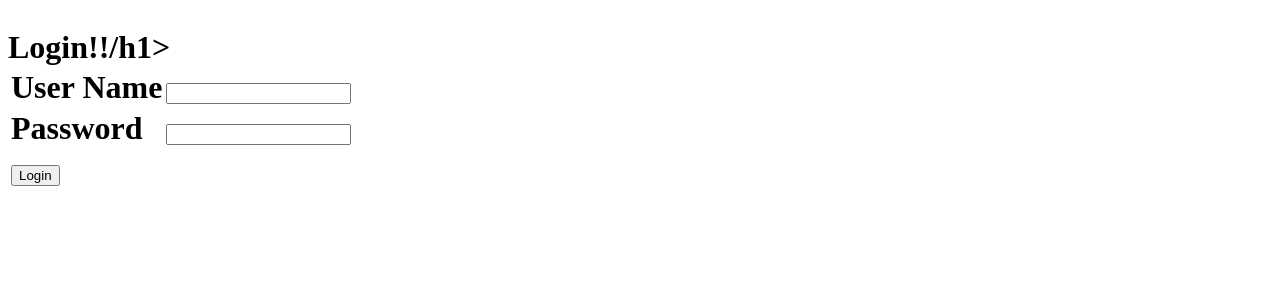
Repository: sultanaNargis03/IndustryReadyJavaSpringBoot
Page: Servlet/workspace/Learningportal/src/main/webapp/login.html
These files come from the project's save history. The page is drawn as it stood at one moment and after the next save; the edit follows.
The browser window is 1280 px wide. The pictures show the whole page.

Above is the page before, as saved 2023-12-07 14:47:28.

### Servlet/workspace/Learningportal/src/main/webapp/login.html
<!DOCTYPE html>
<html>
<head>
<meta charset="ISO-8859-1">
<title>Login</title>
</head>
<body style="align-content: center">
<h1>Login!!/h1>

<form action="./login">
	<table>
		<tr>
			<td>User Name</td>
			<td><input type="text" name="uname"</td>
		</tr>

			<td>Password</td>
			<td><input type="password" name="password"</td>
		</tr>

		<tr>
			<td><input type="submit" value="Login"</td>
		</tr>
	</table>
</form>

</body>
</html>

After the next save:
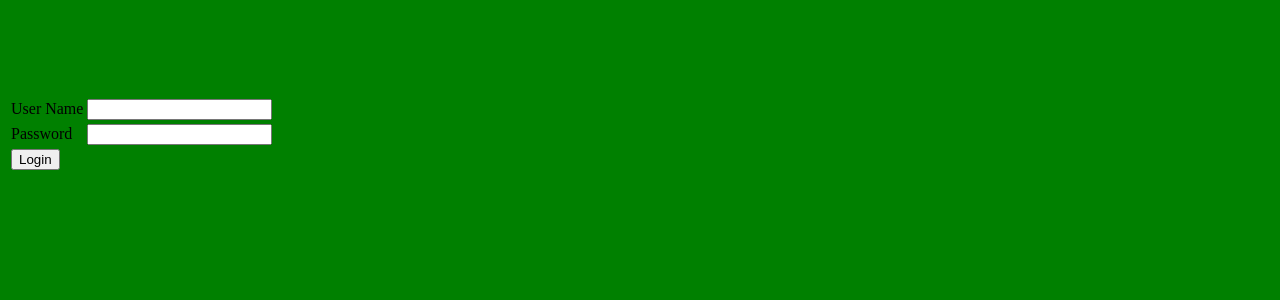
Saved 102 s later.
--- a/Servlet/workspace/Learningportal/src/main/webapp/login.html
+++ b/Servlet/workspace/Learningportal/src/main/webapp/login.html
@@ -4,8 +4,8 @@
 <meta charset="ISO-8859-1">
 <title>Login</title>
 </head>
-<body style="align-content: center">
-<h1>Login!!/h1>
+<body style="align-content: center" bgcolor="green">
+<h1><marquee>Login!!</marquee></h1>
 
 <form action="./login">
 	<table>
